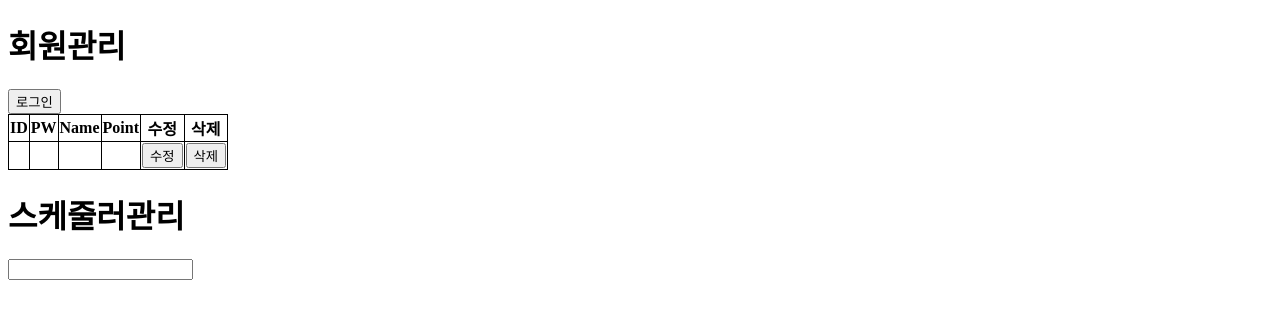
Repository: euniiee/test11
Page: http://localhost/Project/memList.jsp
These files come from the project's save history. The page is drawn as it stood at one moment and after the next save; the edit follows.
The browser window is 1280 px wide. The pictures show the whole page.
The page is served by Tomcat 9. Other server files are loaded and not shown.

Above is the page before, as saved 2023-02-01 01:46:33.

### Project/WebContent/memList.jsp
<%@ page language="java" contentType="text/html; charset=UTF-8"
    pageEncoding="UTF-8"%>
<!DOCTYPE html>
<html>
<head>
<meta charset="UTF-8">
<title>Insert title here</title>
<script src="https://code.jquery.com/jquery-3.6.3.js" integrity="sha256-nQLuAZGRRcILA+6dMBOvcRh5Pe310sBpanc6+QBmyVM=" crossorigin="anonymous"></script>
<script>
$(function() {
	$('.delete').click(function(){
		alert("삭제되었습니다.");
	});

})
</script>
<style>
	table {
		border-collapse : collapse;
	}
	table, th, td {
		border: 1px solid black;
	}
</style>
</head>
<body>
<div>
	<div>
		<h1>회원관리</h1>
		<input type="button" value="로그인">
	</div>
	<table>
			<tr>
				<th>ID</th>
				<th>PW</th>
				<th>Name</th>
				<th>Point</th>
				<th>수정</th>
				<th>삭제</th>
			</tr>
			<tr>
				<td></td>
				<td></td>
				<td></td>
				<td></td>
				<td><input type="button" value="수정"></td>
				<td><input type="button" class="delete" value="삭제"></td>
			</tr>

	</table>
	<div>
		<h1>스케줄러관리</h1>
		<input>
	</div>


</div>


</body>
</html>

After the next save:
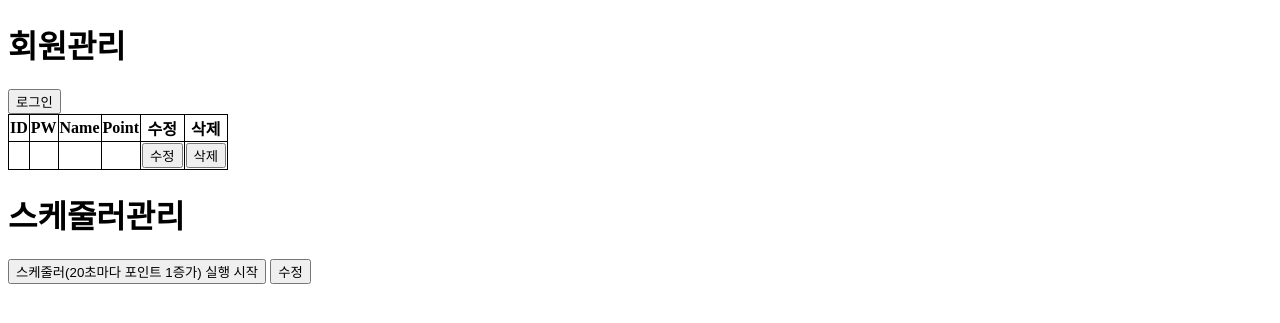
Saved 28 s later.
--- a/Project/WebContent/memList.jsp
+++ b/Project/WebContent/memList.jsp
@@ -50,7 +50,8 @@ $(function() {
 	</table>
 	<div>
 		<h1>스케줄러관리</h1>
-		<input>
+		<input type="button" value="스케줄러(20초마다 포인트 1증가) 실행 시작">
+		<input type="button" value="수정">
 	</div>
 
 
